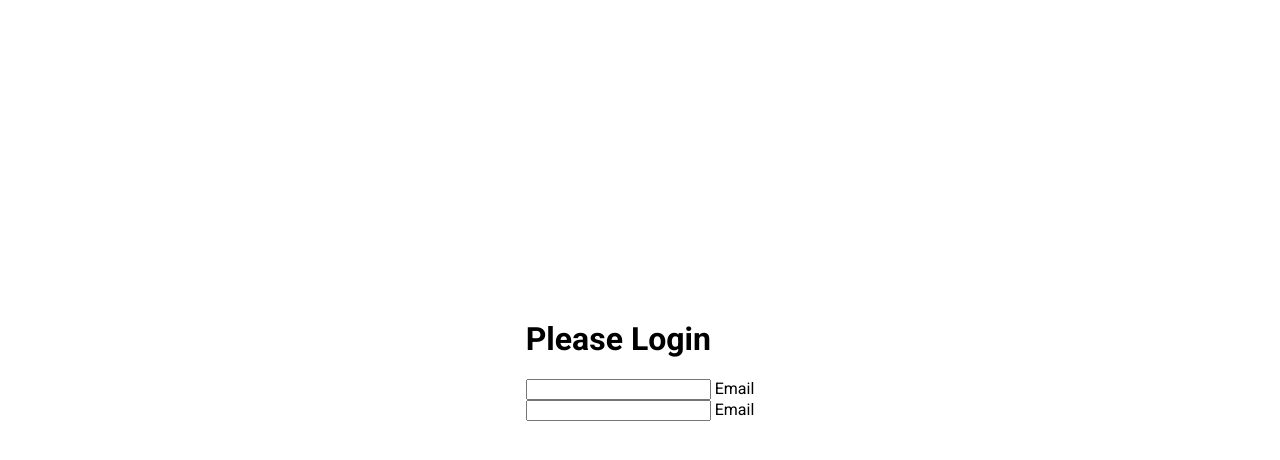
Repository: thecoachanna/form-animation
Page: index.html
These files come from the project's save history. The page is drawn as it stood at one moment and after the next save; the edit follows.
The browser window is 1280 px wide. The pictures show the whole page.
Some web fonts or font styles are not loaded; a fallback is used.

Above is the page before, as saved 2023-02-26 09:49:06.

### index.html
<!DOCTYPE html>
<html lang="en">
<head>
    <meta charset="UTF-8">
    <meta http-equiv="X-UA-Compatible" content="IE=edge">
    <meta name="viewport" content="width=device-width, initial-scale=1.0">
    <link rel="stylesheet" href="style.css">
    <title>Wave Animation</title>
</head>
<body>
    <div class="container">
        <h1>Please Login</h1>
        <form>
            <div class="form-control">
                <input type="text" required>
                <label>Email</label>
            </div>
            <div class="form-control">
                <input type="password" required>
                <label>Email</label>
            </div>
        </form>
    </div>
    <script src="script.js"></script>
</body>
</html>

### style.css
@import url('https://fonts.googleapis.com/css2?family=Inter:wght@400;600;700&family=Lato:wght@100&family=Oswald:wght@700&family=Outfit&family=Poiret+One&family=Roboto:wght@400;700&display=swap');


* {
    box-sizing: border-box;
}

body {
    font-family: 'Roboto', sans-serif;
    display: flex;
    flex-direction: column;
    align-items: center;
    justify-content: center;
    height: 100vh;
    overflow: hidden;
    margin: 0;
}

Loaded but not shown: script.js (no copy from this time; the picture is the same without it)

After the next save:
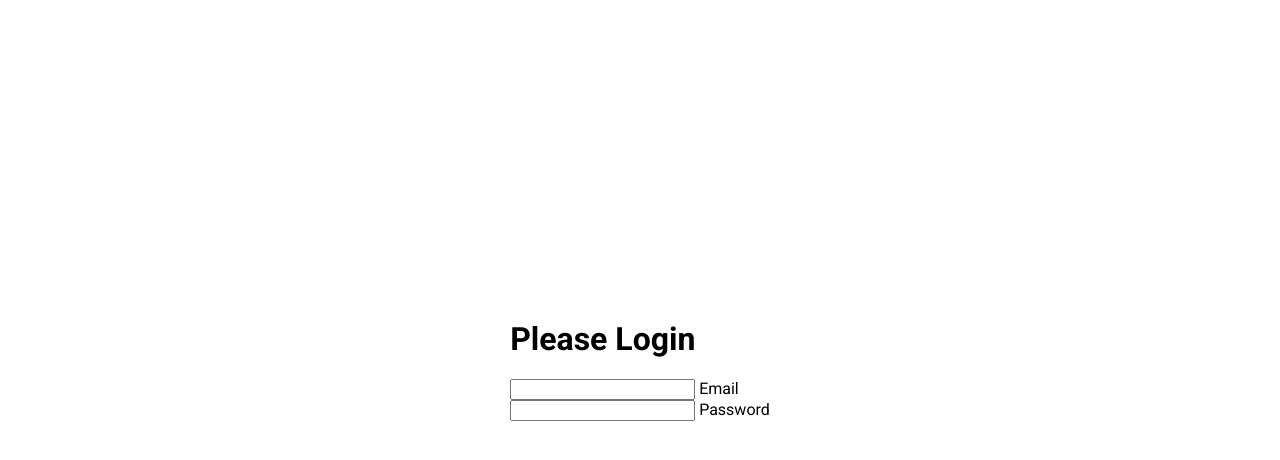
Saved 6 s later.
--- a/index.html
+++ b/index.html
@@ -17,7 +17,7 @@
             </div>
             <div class="form-control">
                 <input type="password" required>
-                <label>Email</label>
+                <label>Password</label>
             </div>
         </form>
     </div>
